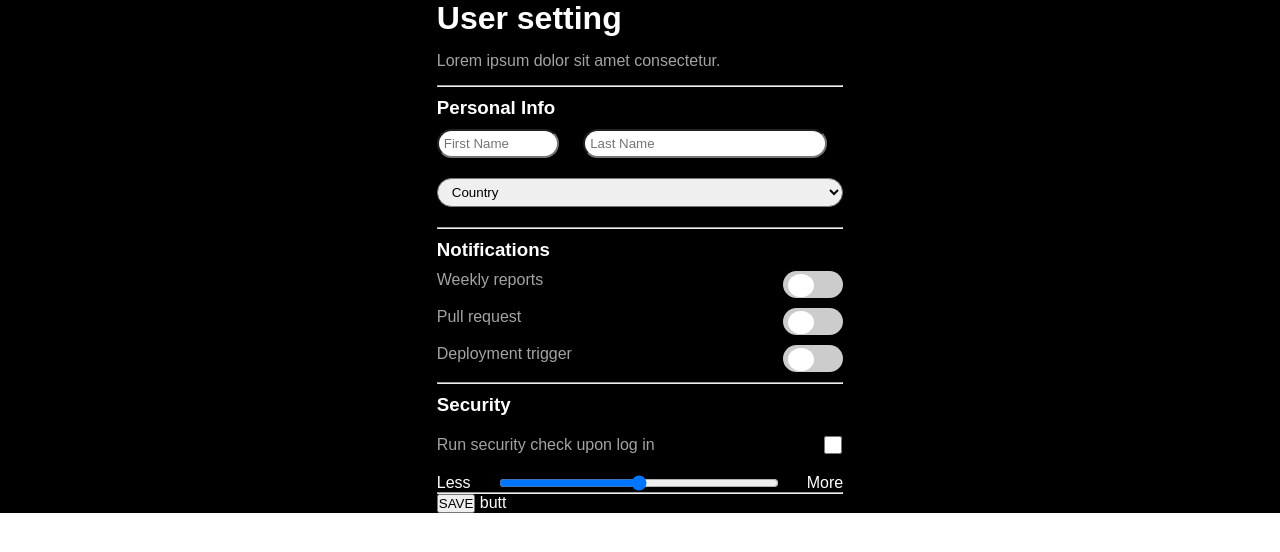
Repository: imokha01/DOM
Page: index.html
The author's editor kept a copy of each file at every save. The page is drawn from the files as they stood at one save, then again after a run of saves.
The browser window is 1280 px wide. The pictures show the whole page.

Above is the page before, as saved 2023-12-19 17:57:58.

After the next 9 saves:
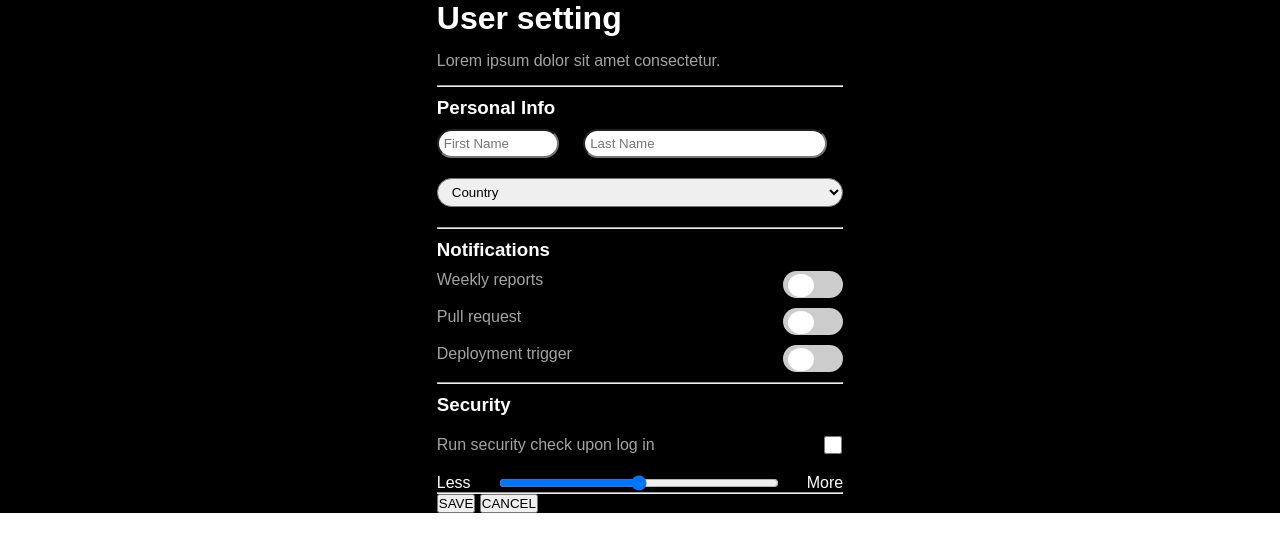
The 9 saves are shown as one change because they came seconds apart.
The last was saved 30 s later.
--- a/index.html
+++ b/index.html
@@ -71,9 +71,7 @@
             </div>
            <hr>
            <button type="save">SAVE</button>
-           butt
-
-
+           <button type="cancel">CANCEL</button
           </div>
 
 
